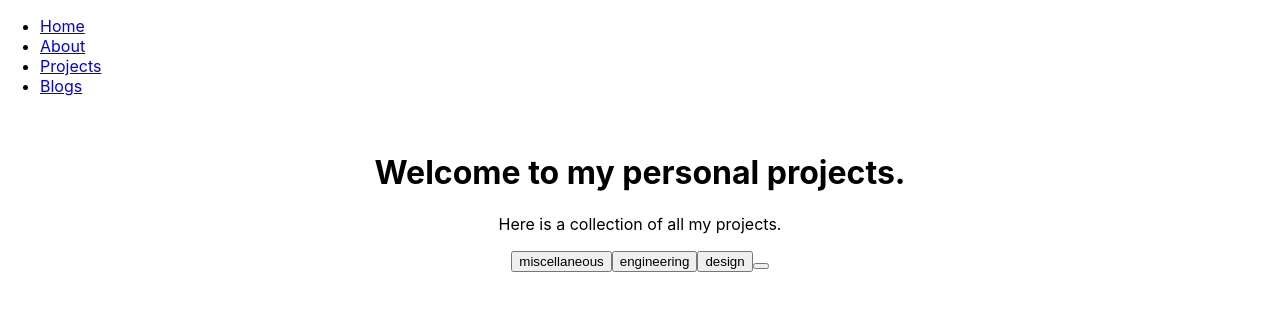
Repository: nicholaschen09/personalWebsite
Page: /projects
An editor plug-in stored every save of this project. The page is shown before and after the next save, followed by the edit.
The browser window is 1280 px wide. The pictures show the whole page.
The project was rebuilt for these pictures with package versions that can differ from the ones it lists, and the page was loaded fresh each time. Also part of the build but not shown: src/components/About.css, src/components/About.js, src/components/Home.css, src/components/Home.js, src/components/Blog.css, src/components/Blog.js.

Above is the page before, as saved 2024-05-23 00:32:37.

### src/App.js
import React from 'react';
import { BrowserRouter as Router, Route, Routes, Link } from 'react-router-dom';
import About from './components/About.js';
import Home from './components/Home.js';
import Projects from './components/Projects.js';
import Blog from './components/Blog.js';

function App() {
  return (
    <Router>
      <div>
        <nav>
          <ul>
            <li>
              <Link to="/">Home</Link>
            </li>
            <li>
              <Link to="/about">About</Link>
            </li>
            <li>
              <Link to="/projects">Projects</Link>
            </li>
            <li>
              <Link to="/blogs">Blogs</Link>
            </li>
          </ul>
        </nav>

        <Routes>
          <Route path="/about" element={<About />} />
          <Route path="/" element={<Home />} />
          <Route path="/projects" element={<Projects />} />
          <Route path="/blogs" element={<Blog />} />
        </Routes>
      </div>
    </Router>
  );
}

export default App;

### src/components/Projects.js
import React from 'react';
import './Projects.css';

const Projects = () => {
    return (
        <div className="projects">
            <h1>Welcome to my personal projects. </h1>
            <p>Here is a collection of all my projects.</p>

            <button>miscellaneous</button>

            <button>engineering</button>

            <button>design</button>

            <button></button>
        </div>
    );
};

export default Projects;

### src/components/Projects.css
/* src/components//Home.css */
.projects {
    text-align: center;
    padding: 20px;
}

Loaded but not shown: public/index.html (common file); src/index.js (common file); src/index.css (common file); src/reportWebVitals.js (common file)

After the next save:
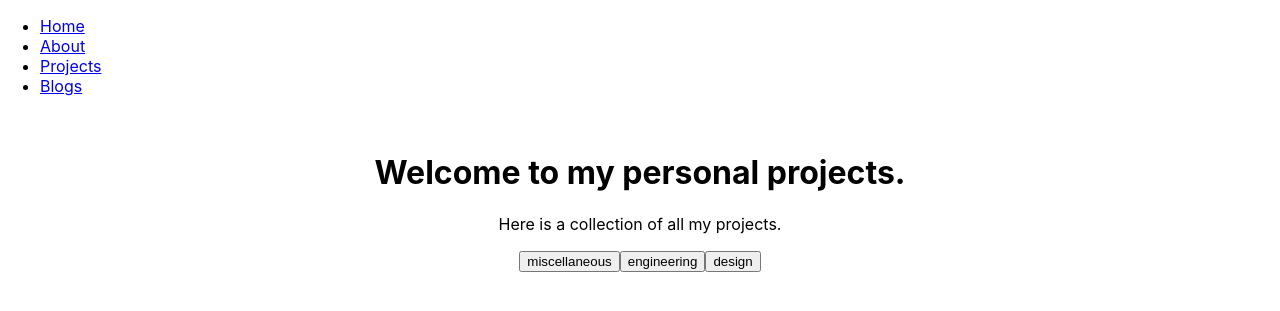
Saved 9 s later.
--- a/src/components/Projects.js
+++ b/src/components/Projects.js
@@ -13,7 +13,6 @@ const Projects = () => {
 
             <button>design</button>
 
-            <button></button>
         </div>
     );
 };
